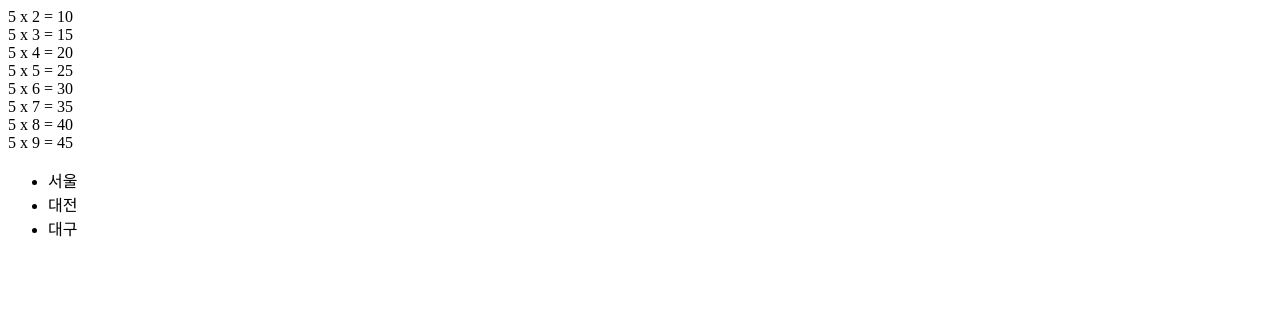
Repository: shshy81/shshy_webstudy
Page: http://localhost/Chapter_17_EL_JSTL/JSTL.jsp
The author's editor kept a copy of each file at every save. The page is drawn from the files as they stood at one save, then again after the next save.
The browser window is 1280 px wide. The pictures show the whole page.
Some web libraries are served in a nearby version. The page is served by Tomcat 9.

Above is the page before, as saved 2018-01-09 07:26:47.

### Chapter_17_EL_JSTL/WebContent/JSTL.jsp
<%@ page language="java" contentType="text/html; charset=UTF-8"
    pageEncoding="UTF-8"%>
<%@ taglib prefix="c" uri="http://java.sun.com/jsp/jstl/core" %>
<%@ taglib prefix="fmt" uri="http://java.sun.com/jsp/jstl/fmt" %>
<%
	String[] cityArr = {"서울","대전","대구"};
%>
<!DOCTYPE html>
<html>
<head>
<meta http-equiv="Content-Type" content="text/html; charset=UTF-8">
<title>Insert title here</title>
<script src="https://ajax.googleapis.com/ajax/libs/jquery/3.2.1/jquery.min.js"></script>
</head>
<body>
	<c:forEach begin="2" end="9" var="i"> <!-- 이때 i는 forEach의 .scope소속이 된다 -->
		5 x ${i } = ${i*5 } <br>
	</c:forEach>

	<ul>
	<%
		for(String city : cityArr){
	%>
		<li><%=city %></li>
	<%
		}
	%>
	</ul>
</body>
</html>

After the next save:
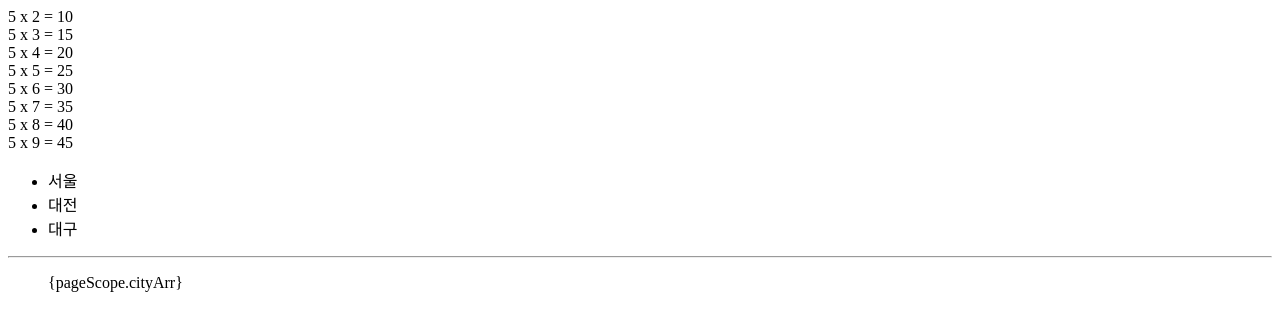
Saved 80 s later.
--- a/Chapter_17_EL_JSTL/WebContent/JSTL.jsp
+++ b/Chapter_17_EL_JSTL/WebContent/JSTL.jsp
@@ -26,5 +26,12 @@
 		}
 	%>
 	</ul>
+	<hr>
+	<ul>
+		<c:forEach items="{pageScope.cityArr}" var="city">
+			${city }
+		</c:forEach>
+	</ul>
+
 </body>
 </html>
